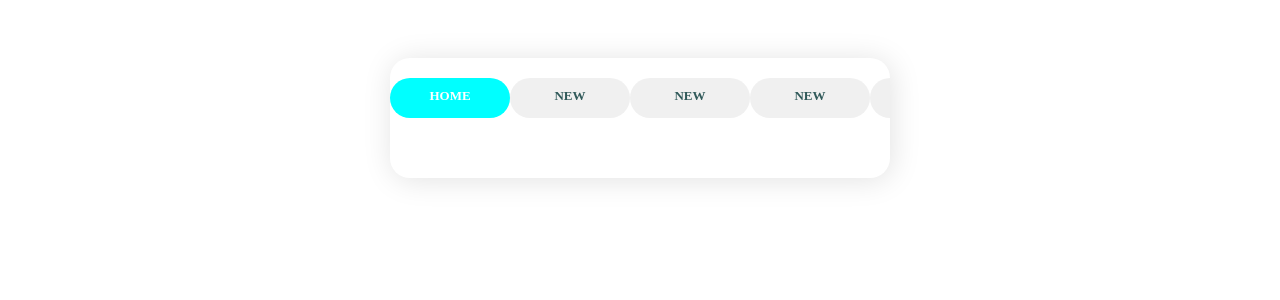
Repository: KHANHD192/JS_evondev
Page: eondev/tab_scroll/index.html
The author's editor kept a copy of each file at every save. The page is drawn from the files as they stood at one save, then again after the next save.
The browser window is 1280 px wide. The pictures show the whole page.

Above is the page before, as saved 2023-05-30 20:42:31.

### eondev/tab_scroll/index.html
<!DOCTYPE html>
<html lang="en">
<head>
    <meta charset="UTF-8">
    <meta http-equiv="X-UA-Compatible" content="IE=edge">
    <meta name="viewport" content="width=device-width, initial-scale=1.0">
    <title>tab</title>
    <style>

       html{
        box-sizing: border-box;
        font-size: 62.5%;
       }
       .tab_content {
         display: none;
       }
       .tab-item.active{
        background-color: aqua;
        color: white;

       }
       .tab-item{
        background-color: rgba(192, 192, 192, 0.24);
        color:rgb(49, 90, 90);
       }
       body{
        display: flex;
        justify-content: center;
        align-items: center;

       }
       .tab_container{
        margin-top:5rem;
        width: 50rem;
        height: 12rem;
        box-shadow: 2px 2px 3rem rgba(0, 0, 0, 0.116);
        /* border: 1px solid slategray; */
        position: relative;
        border-radius: 2rem;

       }
       .tab_list{
        max-width: 500px;
        margin-top: 2rem;
        overflow-x: auto;
        overflow: -moz-scrollbars-none;
    -ms-overflow-style: none;
       }
       .list_content{
        display: flex;
        width: 200%;
        white-space: nowrap;

       }
       .tab_list::-webkit-scrollbar {
         display: none;
}
       .tab-item{
        user-select: none;
        width: 12rem;
        height: 3rem;
        border-radius: 999px;
        cursor: pointer;
        text-align: center;
        font-weight: bold;
        font-size: 1.3rem;
        padding-top: 1rem;
       }
       .tab_wrap{
        margin-top: 3rem;
         text-align: center;
       }
       .tab_content.active{
            display: block;
       }
    </style>
</head>
<body>
    <div class="tab_container">
        <div class="tab_list">
           <div class="list_content">
            <div class="tab-item active">HOME</div>
            <div class="tab-item ">NEW</div>
            <div class="tab-item ">NEW</div>
            <div class="tab-item ">NEW</div>
            <div class="tab-item ">ABOUT US</div>
            <div class="tab-item ">ABOUT US</div>
            <div class="tab-item ">ABOUT US</div>
           </div>
        </div>

    </div>
    <script src="./app.js"></script>
</body>
</html>

### eondev/tab_scroll/app.js
function click_sildeTab(){
   let button = document.querySelectorAll('.tab-item');
   let tab_list = document.querySelector('.tab_list');
   console.log(button);
   let ders = document.querySelectorAll('.tab_content');
   for(let i = 0 ; i < button.length ; i++){
      button[i].onclick = function(){
         // xử dụng kĩ thuật là css cứng cho 1 item đã active rồi khi click vào button khác thì chỉ việc xóa class active đó rồi gán vô class khác !

         let buttonCurrent = document.querySelector('.tab-item.active');
         buttonCurrent.classList.remove('active');
         button[i].classList.add('active');
         let position = button[i].offsetLeft;
         console.log(position);
         tab_list.scroll(position/2,0);
         }
   }

}
click_sildeTab();

After the next save:
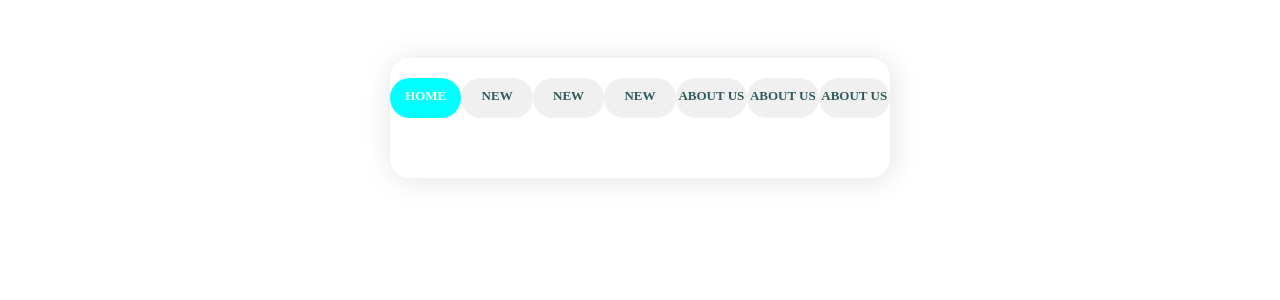
Saved 23 s later.
--- a/eondev/tab_scroll/index.html
+++ b/eondev/tab_scroll/index.html
@@ -48,8 +48,7 @@
        }
        .list_content{
         display: flex;
-        width: 200%;
-        white-space: nowrap;
+
 
        }
        .tab_list::-webkit-scrollbar {
@@ -65,6 +64,7 @@
         font-weight: bold;
         font-size: 1.3rem;
         padding-top: 1rem;
+        white-space: nowrap;
        }
        .tab_wrap{
         margin-top: 3rem;

After the 3 saves that followed:
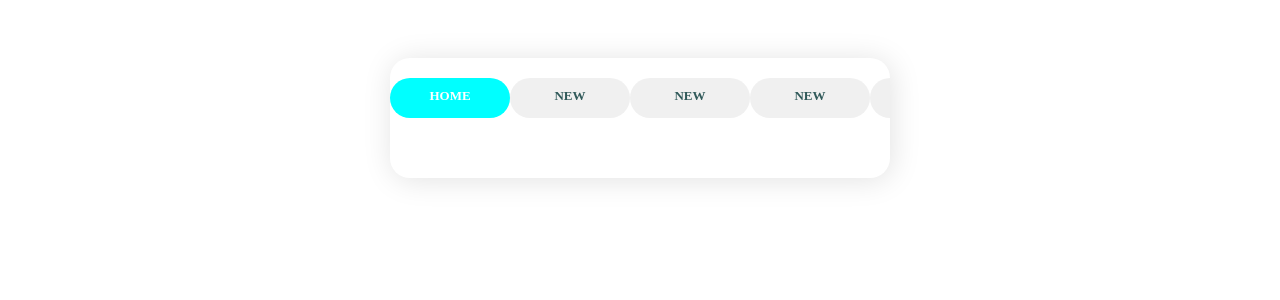
The 3 saves are shown as one change because 2 left the picture as it was.
The last was saved 7 min 48 s later.
--- a/eondev/tab_scroll/index.html
+++ b/eondev/tab_scroll/index.html
@@ -42,13 +42,28 @@
        .tab_list{
         max-width: 500px;
         margin-top: 2rem;
+
+
         overflow-x: auto;
+
+
         overflow: -moz-scrollbars-none;
+       -ms-overflow-style: none;
     -ms-overflow-style: none;
+       -ms-overflow-style: none;
+    -ms-overflow-style: none;
+       -ms-overflow-style: none;
+    -ms-overflow-style: none;
+       -ms-overflow-style: none;
        }
        .list_content{
         display: flex;
-
+        overflow-x: auto;
+        overflow-x: auto;
+        width: 200%;
+        white-space: nowrap;
+        overflow-x: auto;
+        overflow-x: auto;
 
        }
        .tab_list::-webkit-scrollbar {
@@ -64,6 +79,9 @@
         font-weight: bold;
         font-size: 1.3rem;
         padding-top: 1rem;
+        white-space: nowrap;
+        white-space: nowrap;
+        white-space: nowrap;
         white-space: nowrap;
        }
        .tab_wrap{
--- a/eondev/tab_scroll/app.js
+++ b/eondev/tab_scroll/app.js
@@ -10,6 +10,7 @@ function click_sildeTab(){
          let buttonCurrent = document.querySelector('.tab-item.active');
          buttonCurrent.classList.remove('active');
          button[i].classList.add('active');
+             // bên trái so với parent chứa nó !
          let position = button[i].offsetLeft;
          console.log(position);
          tab_list.scroll(position/2,0);
